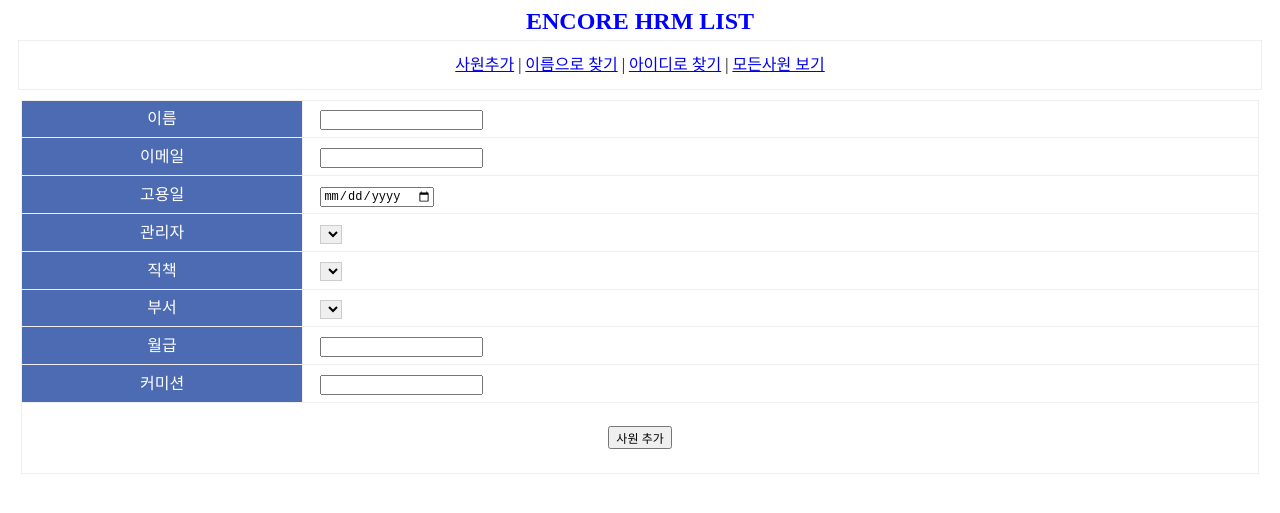
Repository: KangHoi/encore_vueWorkspace
Page: vue05_EncoreHRM/WebContent/index04.html
The author's editor kept a copy of each file at every save. The page is drawn from the files as they stood at one save, then again after the next save.
The browser window is 1280 px wide. The pictures show the whole page.
The page's requests for data from a server got no answer. Some web libraries are served in a nearby version.

Above is the page before, as saved 2021-07-14 23:26:38.

After the next save:
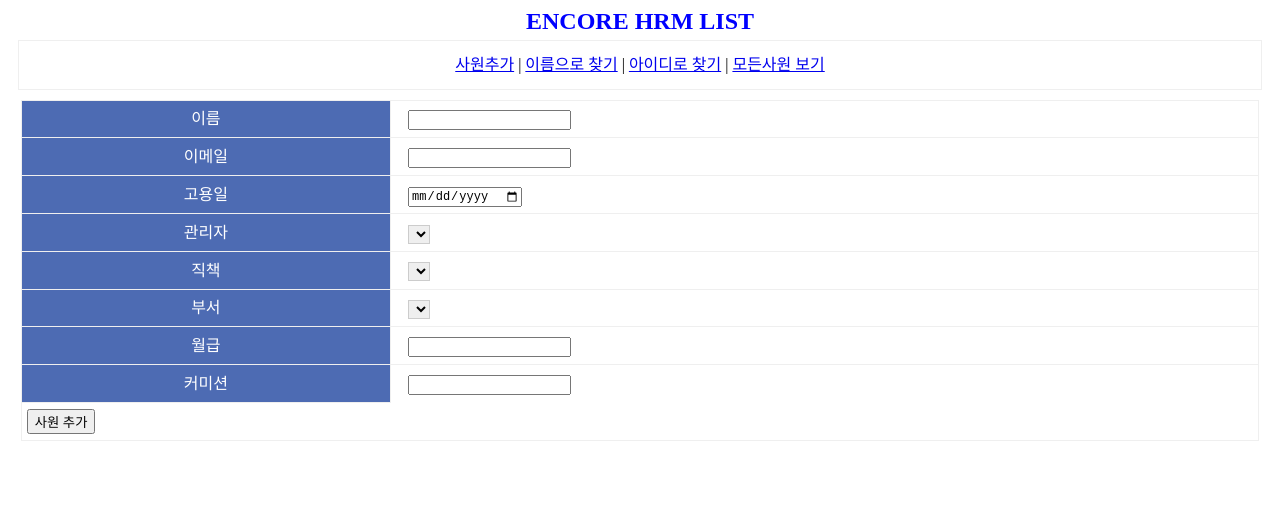
Saved 6 min 15 s later.
--- a/vue05_EncoreHRM/WebContent/index04.html
+++ b/vue05_EncoreHRM/WebContent/index04.html
@@ -85,9 +85,7 @@
 						<input type="text" name="name" v-model="frm.commission_pct">
 					</td>
 				</tr>
-				<tr>
-					<td style="text-align: center; height: 60px;" colspan="2"><input type="submit" value="사원 추가"></td>
-				</tr>
+				<tr><td><button @click="submitFrm">사원 추가</button></td></tr>
 			</table>
 		</FORM>
 		<!--정보입력 FORM 끝//-->
